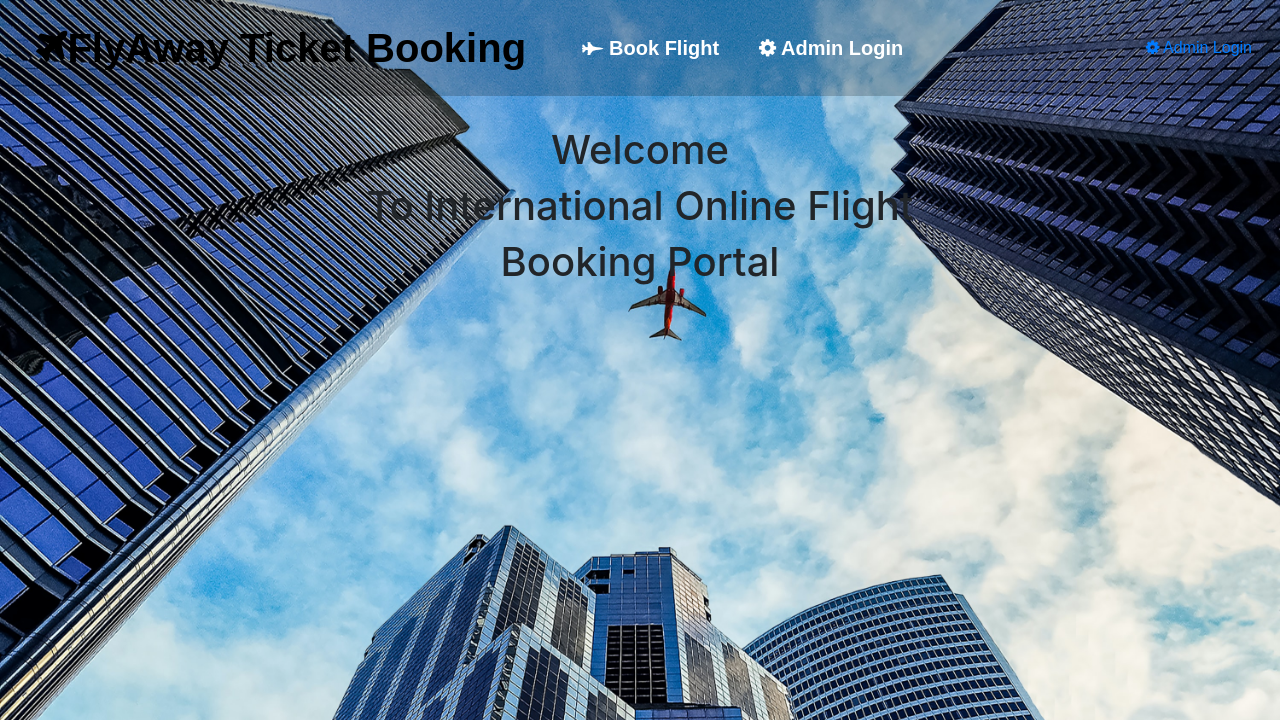
Repository: sayrabano/Phase2-project
Page: http://localhost/FlyAway/Home.jsp
The author's editor kept a copy of each file at every save. The page is drawn from the files as they stood at one save, then again after the next save.
The browser window is 1280 px wide. The pictures show the whole page.
Some web fonts or font styles are not loaded; a fallback is used. The page is served by Tomcat 9.

Above is the page before, as saved 2021-09-26 18:50:31.

After the next save:
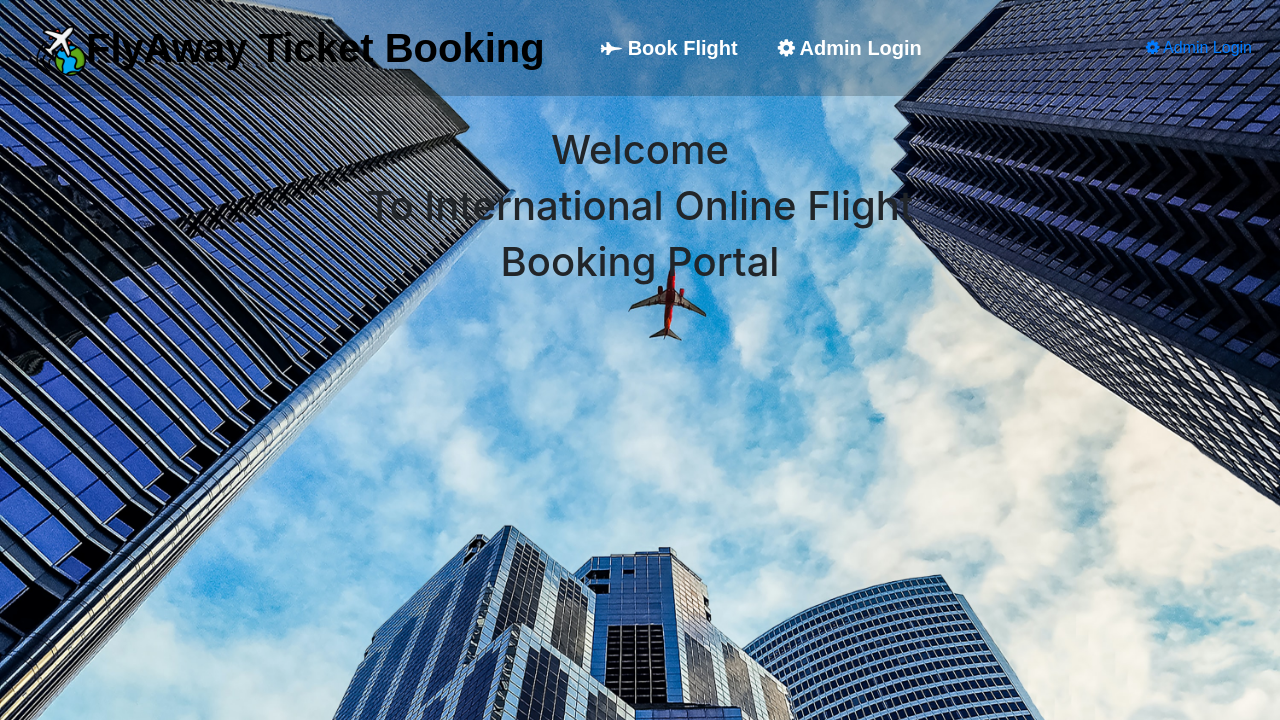
Saved 45 s later.
--- a/FlyAway/src/main/webapp/Home.jsp
+++ b/FlyAway/src/main/webapp/Home.jsp
@@ -23,7 +23,7 @@
 
 
 
-		<a class="navbar-brand" id="tag"><i class="fa fa-plane" aria-hidden="true"></i>FlyAway Ticket Booking</a>
+		<a class="navbar-brand" id="tag"><img src="Images/travel.png" class="img-fluid"  width="50px">FlyAway Ticket Booking</a>
 
 
 		<div class="collapse navbar-collapse" id="navbarSupportedContent">
